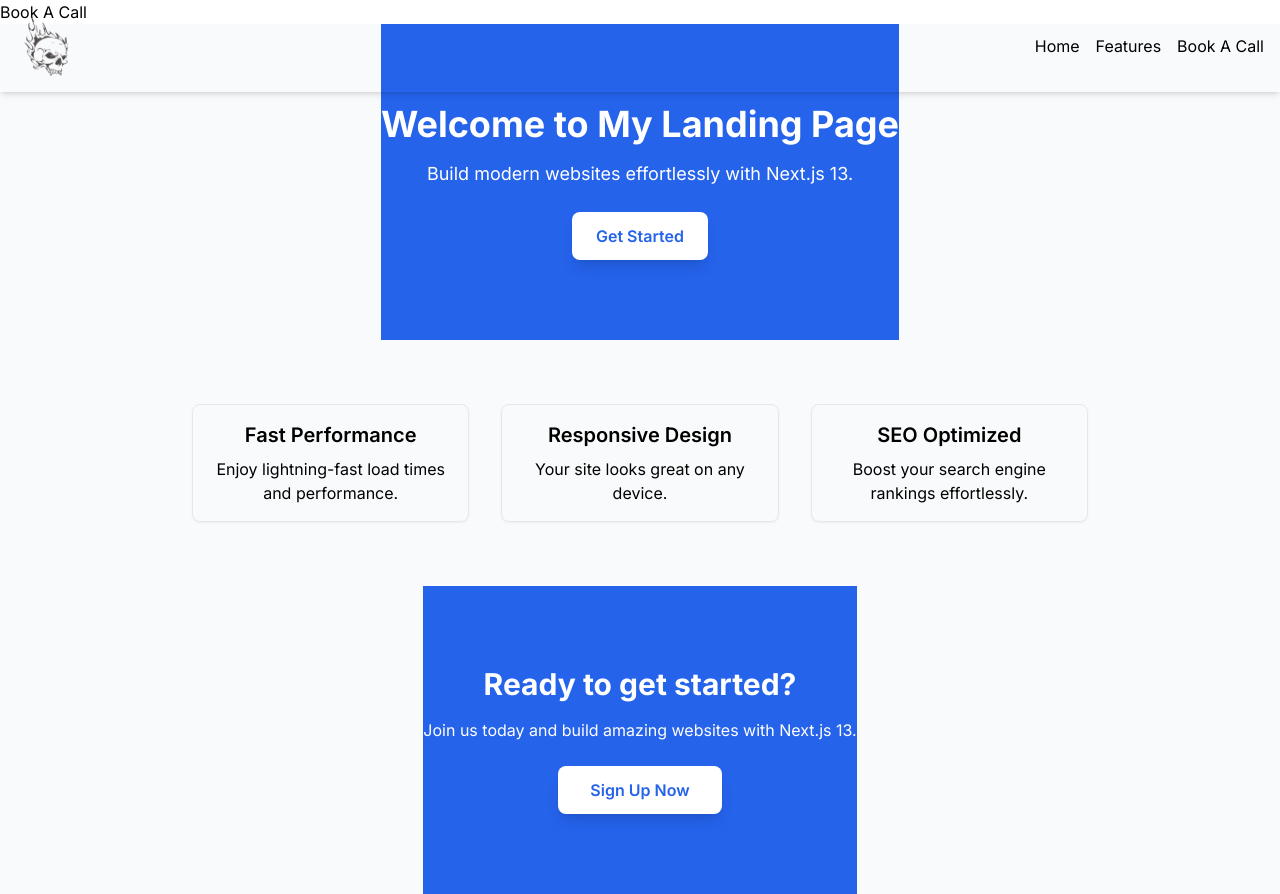
Repository: TheSecretlifeOfX/landing1
Page: /
These files come from the project's save history. The page is drawn as it stood at one moment and after the next save; the edit follows.
The browser window is 1280 px wide. The pictures show the whole page.
The project was rebuilt for these pictures with package versions that can differ from the ones it lists, and the page was loaded fresh each time. The framework's server and built-in components were replaced by stand-ins that run in the browser. Also part of the build but not shown: next.config.js.

Above is the page before, as saved 2024-11-13 22:18:34.

### app/layout.tsx
import Link from 'next/link'
import './globals.css'
import type { Metadata } from 'next'
import { Inter } from 'next/font/google'

import Navbar from "@/app/components/Navbar";


const inter = Inter({ subsets: ['latin'] })

export const metadata: Metadata = {
  title: 'Create Next App',
  description: 'Generated by create next app',
}

export default function RootLayout({
  children,
}: {
  children: React.ReactNode
}) {
  return (
    <html lang="en">
      <body className={inter.className}>
      <nav>
        <h1>Book A Call</h1>
        <Navbar />
      </nav>
      {children}</body>
    </html>
  )
}

### app/page.tsx
import HeroSection from "@/app/components/HeroSection";
import FeaturesSection from "@/app/components/FeaturesSection";
import CallToAction from "@/app/components/CallToAction";

// app/page.tsx
export default function Home() {
  return (
    <main className="flex flex-col items-center justify-center min-h-screen px-4 bg-gray-50">
      <HeroSection />
      <FeaturesSection />
      <CallToAction />
    </main>
  );
}

### app/components/Navbar.tsx
// src/components/Navbar.tsx
import React from "react";
import Link from "next/link";
import Image from "next/image";

export default function Navbar() {
  return (
    <nav className="fixed top-0 left-0 w-full bg-grey-200 p-4 text-black shadow-md z-50">
      <div className="container mx-auto flex justify-between items-center">
        <div className="text-2xl font-bold">
          <Link href="/">
          <Image
            src="/Images/Logo.png"
            alt="MyBrand Logo"
            width={60}
            height={60}
            className="cursor-pointer"
            priority
          />
          </Link>
        </div>
        <ul className="flex space-x-4">
          <li>
            <a href="#hero" className="hover:text-gray-200">
              Home
            </a>
          </li>
          <li>
            <a href="#features" className="hover:text-gray-200">
              Features
            </a>
          </li>
          <li>
            <a href="#contact" className="hover:text-gray-200">
              Book A Call
            </a>
          </li>
        </ul>
      </div>
    </nav>
  );
}

### app/components/HeroSection.tsx
// components/HeroSection.tsx
export default function HeroSection() {
    return (
      <section id="hero" className="text-center py-20 bg-blue-600 text-white">
        <h1 className="text-4xl font-bold mb-4">Welcome to My Landing Page</h1>
        <p className="text-lg mb-6">Build modern websites effortlessly with Next.js 13.</p>
        <button className="px-6 py-3 bg-white text-blue-600 font-semibold rounded-lg shadow-lg hover:bg-gray-100">
          Get Started
        </button>
      </section>
    );
  }

### app/components/FeaturesSection.tsx
// components/FeaturesSection.tsx
export default function FeaturesSection() {
    return (
      <section id="features" className="py-16">
        <div className="max-w-4xl mx-auto grid grid-cols-1 md:grid-cols-3 gap-8">
          <Feature
            title="Fast Performance"
            description="Enjoy lightning-fast load times and performance."
          />
          <Feature
            title="Responsive Design"
            description="Your site looks great on any device."
          />
          <Feature
            title="SEO Optimized"
            description="Boost your search engine rankings effortlessly."
          />
        </div>
      </section>
    );
  }

  function Feature({ title, description }: { title: string; description: string }) {
    return (
      <div className="text-center p-4 border rounded-lg shadow-sm">
        <h3 className="text-xl font-semibold mb-2">{title}</h3>
        <p>{description}</p>
      </div>
    );
  }

### app/components/CallToAction.tsx
// components/CallToAction.tsx
export default function CallToAction() {
    return (
      <section id="contact" className="py-20 text-center bg-blue-600 text-white">
        <h2 className="text-3xl font-bold mb-4">Ready to get started?</h2>
        <p className="mb-6">Join us today and build amazing websites with Next.js 13.</p>
        <button className="px-8 py-3 bg-white text-blue-600 font-semibold rounded-lg shadow-lg hover:bg-gray-100">
          Sign Up Now
        </button>
      </section>
    );
  }

Loaded but not shown: app/globals.css (common file); tailwind.config.js (common file)

After the next save:
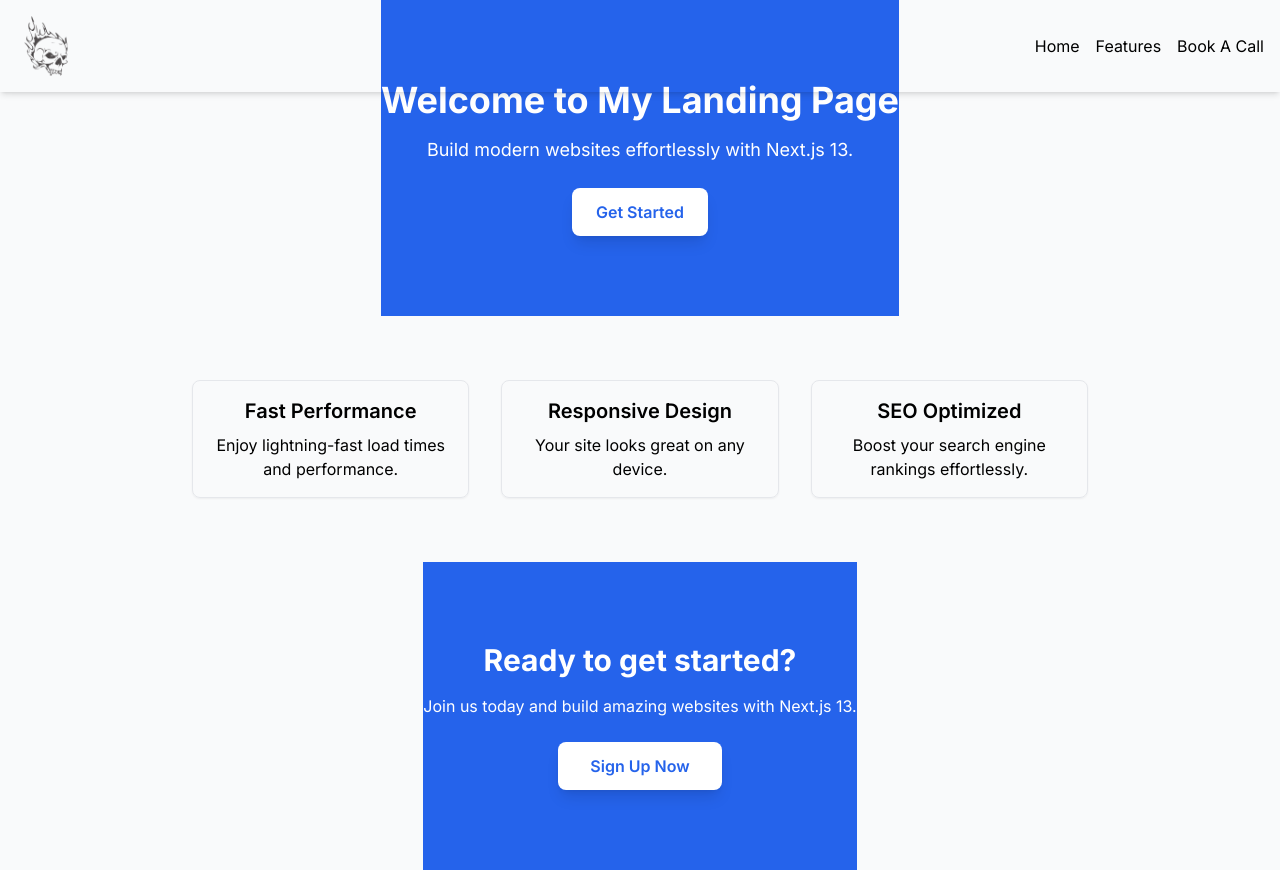
Saved 48 s later.
--- a/app/layout.tsx
+++ b/app/layout.tsx
@@ -22,7 +22,6 @@ export default function RootLayout({
     <html lang="en">
       <body className={inter.className}>
       <nav>
-        <h1>Book A Call</h1>
         <Navbar />
       </nav>
       {children}</body>
